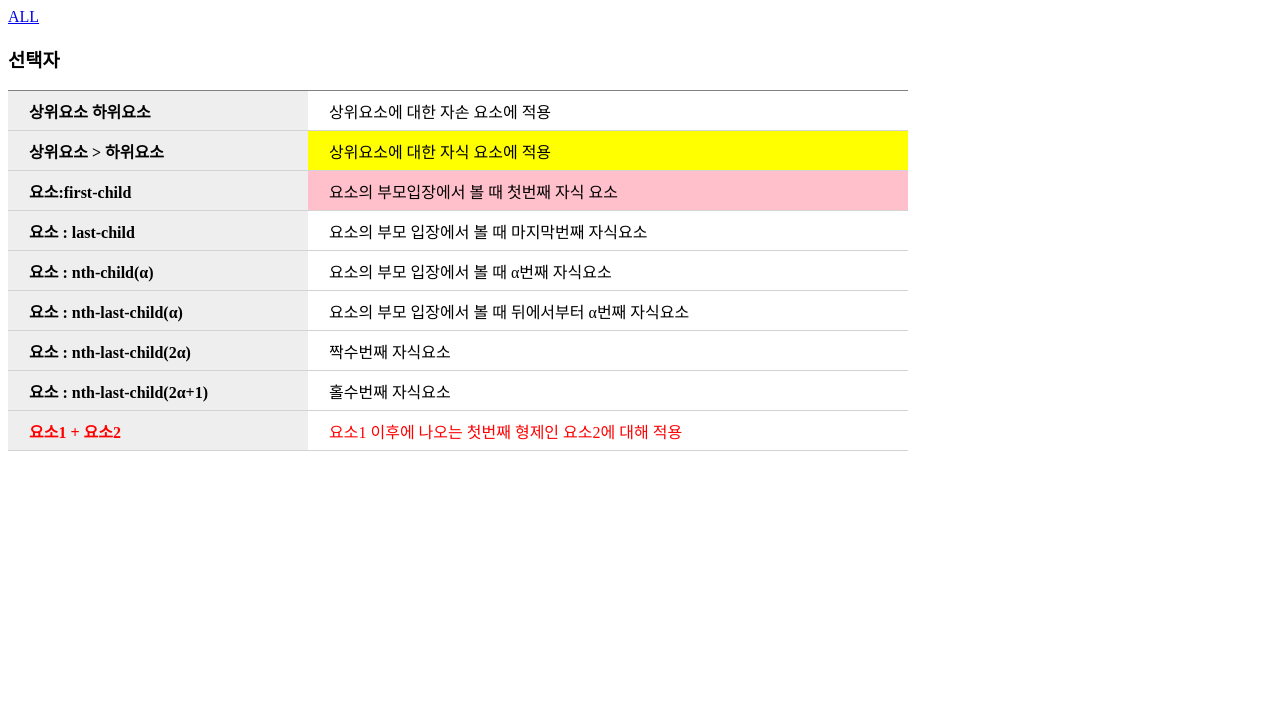
Repository: itkezi/HTML_2022_505
Page: Web/WebContent/selector/index.html
The author's editor kept a copy of each file at every save. The page is drawn from the files as they stood at one save, then again after a run of saves.
The browser window is 1280 px wide. The pictures show the whole page.

Above is the page before, as saved 2022-03-30 08:33:17.

### Web/WebContent/selector/index.html
<!DOCTYPE html>
<html>
<head>
<meta charset="UTF-8">
<title>선택자</title>

<style>
table {
	border-collapse: collapse;
}

table tr {
	border-bottom: 1px solid lightgray;
	height: 40px;
}

table tr:first-child {
	border-top: 1px solid gray;
}

table tr>* {
	text-indent: 20px;
}

table th {
	background-color: #eee;
	text-align: left;
}

table tr:last-child {
	color: red;
}

table tr:nth-child(2) {
	background-color: yellow;
}

table tr:nth-child(3) {
	background-color: pink;
}

ul h3 + ul {background-color: lightgree;}
</style>


</head>
<body>
	<a href="http://localhost:8080/Web/HTML/ALL.html" target='_blank'>
		ALL</a>
	<br>
	<h3>선택자</h3>

	<table>
		<colgroup>
			<col width='300px'>
			<col width='600px'>
		</colgroup>
		<tr>
			<th>상위요소 하위요소</th>
			<td>상위요소에 대한 자손 요소에 적용</td>
		</tr>

		<tr>
			<th>상위요소 > 하위요소</th>
			<td>상위요소에 대한 자식 요소에 적용</td>
		</tr>

		<tr>
			<th>요소:first-child</th>
			<td>요소의 부모입장에서 볼 때 첫번째 자식 요소</td>
		</tr>

		<tr>
			<th>요소 : last-child</th>
			<td>요소의 부모 입장에서 볼 때 마지막번째 자식요소</td>
		</tr>
		<tr>
			<th>요소 : nth-child(α)</th>
			<td>요소의 부모 입장에서 볼 때 α번째 자식요소</td>
		</tr>
		<tr>
			<th>요소 : nth-last-child(α)</th>
			<td>요소의 부모 입장에서 볼 때 뒤에서부터 α번째 자식요소</td>
		</tr>
		<tr>
			<th>요소 : nth-last-child(2α)</th>
			<td>짝수번째 자식요소</td>
		</tr>
		<tr>
			<th>요소 : nth-last-child(2α+1)</th>
			<td>홀수번째 자식요소</td>
		</tr>
		<tr>
			<th>요소1 + 요소2</th>
			<td>요소1 이후에 나오는 첫번째 형제인 요소2에 대해 적용</td>
		</tr>
	</table>

























</body>
</html>

After the next 2 saves:
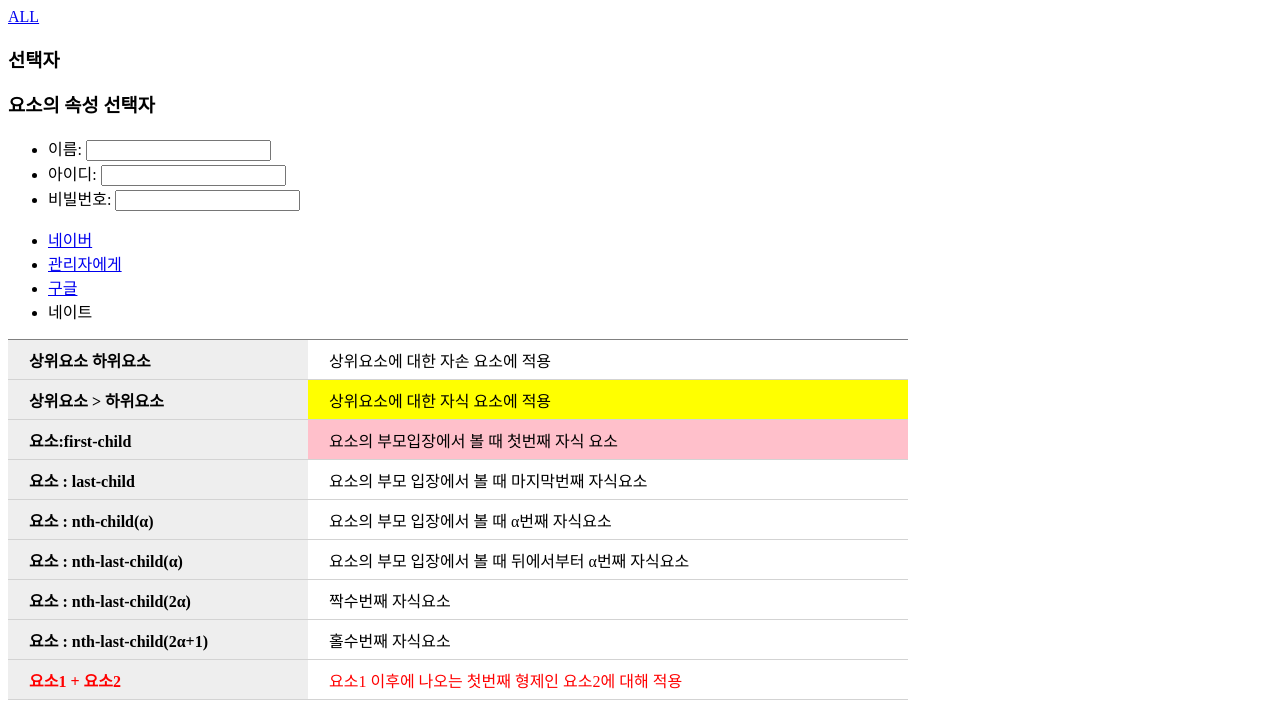
The 2 saves are shown as one change because they came seconds apart.
The last was saved 45 s later.
--- a/Web/WebContent/selector/index.html
+++ b/Web/WebContent/selector/index.html
@@ -39,7 +39,7 @@
 	background-color: pink;
 }
 
-ul h3 + ul {background-color: lightgree;}
+div h3 + ul {background-color: lightgree;}
 </style>
 
 
@@ -94,6 +94,26 @@
 			<th>요소1 + 요소2</th>
 			<td>요소1 이후에 나오는 첫번째 형제인 요소2에 대해 적용</td>
 		</tr>
+
+
+			<div>
+		<h3>요소의 속성 선택자</h3>
+
+		<ul>
+			<li>이름: <input type='text' name='user name'></li>
+			<li>아이디: <input type='text' name='ID'></li>
+			<li>비빌번호: <input type='password' name='user-pw'></li>
+		</ul>
+
+		<ul>
+			<li><a title='이동' href='https://www.naver.com/'>네이버</a></li>
+			<li><a title='메일' href='mailto:itkezi@naver.com'>관리자에게</a></li>
+			<li><a title='이동' href='https://www.naver.com/'>구글</a></li>
+			<!-- 			<li><a title='이동' herf='https://www.naver.com/'>다음</a></li> -->
+			<li><a herf='https://www.naver.com/'>네이트</a></li>
+		</ul>
+
+
 	</table>
 
 

After the save that followed:
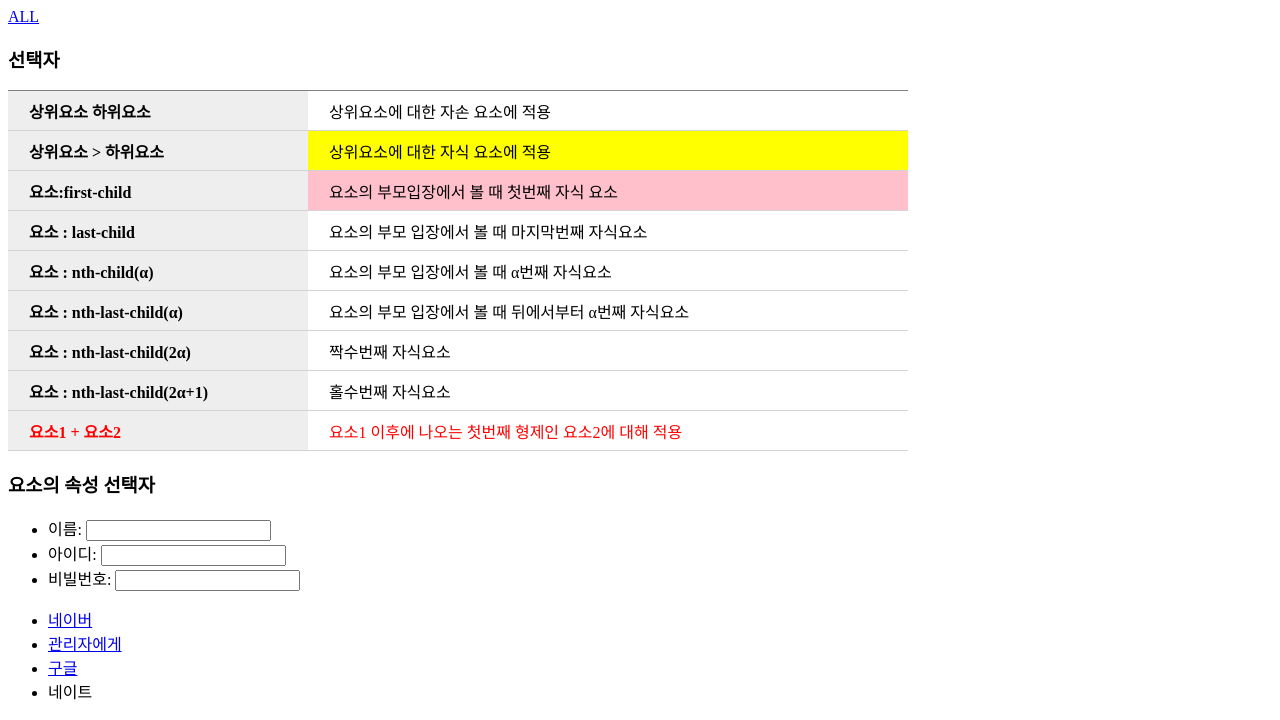
Saved 33 s later.
--- a/Web/WebContent/selector/index.html
+++ b/Web/WebContent/selector/index.html
@@ -39,7 +39,9 @@
 	background-color: pink;
 }
 
-div h3 + ul {background-color: lightgree;}
+div h3+ul {
+	background-color: lightgree;
+}
 </style>
 
 
@@ -94,9 +96,10 @@
 			<th>요소1 + 요소2</th>
 			<td>요소1 이후에 나오는 첫번째 형제인 요소2에 대해 적용</td>
 		</tr>
+	</table>
 
 
-			<div>
+	<div>
 		<h3>요소의 속성 선택자</h3>
 
 		<ul>
@@ -112,9 +115,8 @@
 			<!-- 			<li><a title='이동' herf='https://www.naver.com/'>다음</a></li> -->
 			<li><a herf='https://www.naver.com/'>네이트</a></li>
 		</ul>
+	</div>
 
-
-	</table>
 
 
 
